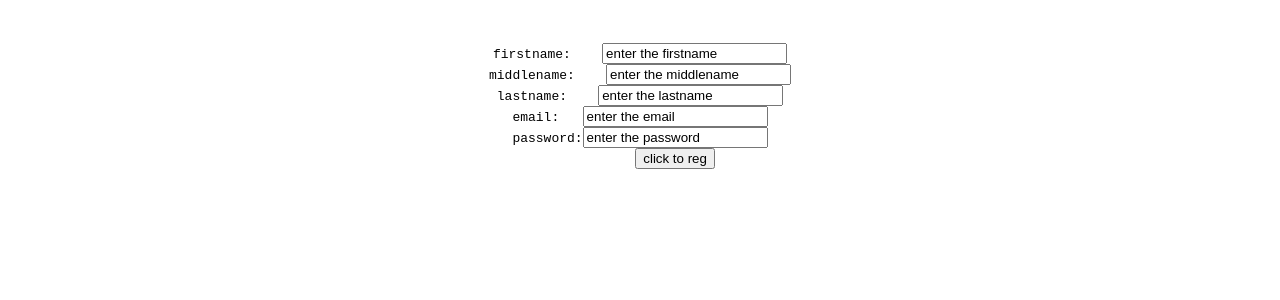
Repository: Raghava3/spring
Page: http://localhost/studentregistration/
The author's editor kept a copy of each file at every save. The page is drawn from the files as they stood at one save, then again after the next save.
The browser window is 1280 px wide. The pictures show the whole page.
The page is served by Tomcat 9. Other server files are loaded and not shown.

Above is the page before, as saved 2017-04-04 05:28:19.

### studentcompleteregistration/studentregistration/src/main/webapp/index.jsp
<%@ page language="java" contentType="text/html; charset=UTF-8"
    pageEncoding="UTF-8"%>
<!DOCTYPE html PUBLIC "-//W3C//DTD HTML 4.01 Transitional//EN" "http://www.w3.org/TR/html4/loose.dtd">
<html>
<head>
<meta http-equiv="Content-Type" content="text/html; charset=UTF-8">
<title>Insert title here</title>
</head>
<body>
<pre>
<center>
<form action="loginpage" method="post">
firstname:    <input type="text" name="firstname" value="enter the firstname">
middlename:    <input type="text" name="middlename" value="enter the middlename">
lastname:    <input type="text" name="name" value="enter the lastname">
email:   <input type="text" name="email" value="enter the email">
password:<input type="pass" name="password" value="enter the password">
         <input type="submit" value="click to reg">
</form>
</center>
</pre>
</body>
</html>

After the next save:
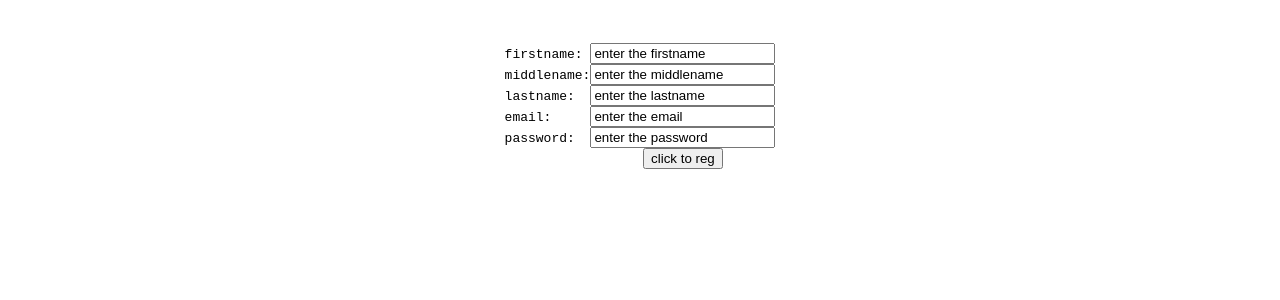
Saved 5 min 5 s later.
--- a/studentcompleteregistration/studentregistration/src/main/webapp/index.jsp
+++ b/studentcompleteregistration/studentregistration/src/main/webapp/index.jsp
@@ -10,12 +10,12 @@
 <pre>
 <center>
 <form action="loginpage" method="post">
-firstname:    <input type="text" name="firstname" value="enter the firstname">
-middlename:    <input type="text" name="middlename" value="enter the middlename">
-lastname:    <input type="text" name="name" value="enter the lastname">
-email:   <input type="text" name="email" value="enter the email">
-password:<input type="pass" name="password" value="enter the password">
-         <input type="submit" value="click to reg">
+firstname: <input type="text" name="firstname" value="enter the firstname">
+middlename:<input type="text" name="middlename" value="enter the middlename">
+lastname:  <input type="text" name="name" value="enter the lastname">
+email:     <input type="text" name="email" value="enter the email">
+password:  <input type="pass" name="password" value="enter the password">
+           <input type="submit" value="click to reg">
 </form>
 </center>
 </pre>
